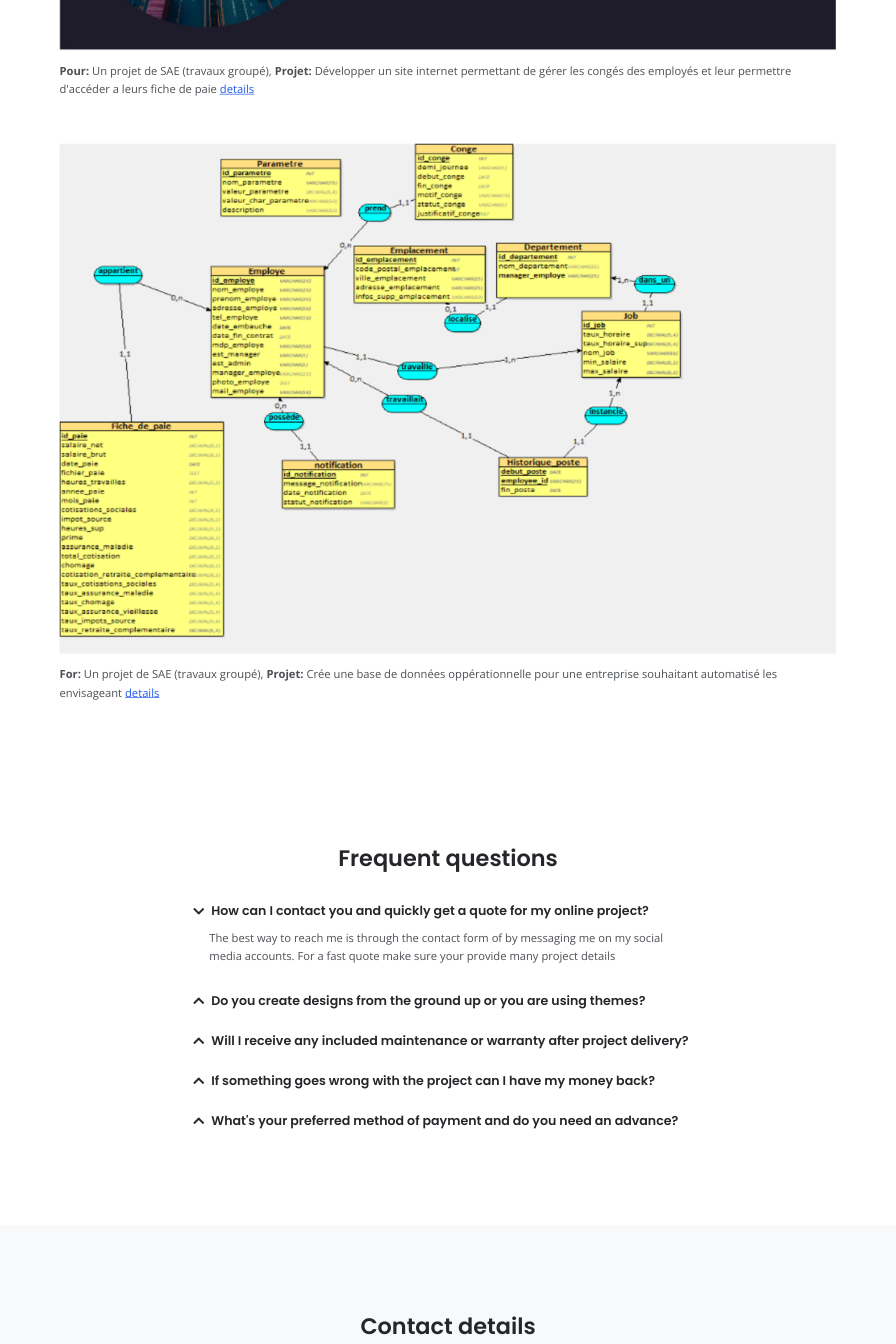
Repository: J2S80000/Portfolio
Page: index.html
These files come from the project's save history. The page is drawn as it stood at one moment and after the next save; the edit follows.
The browser window is 1280 px wide. The pictures show the part of the page from y = 4580 to 6500 px (the page is 7503 px tall before and 7477 px after), at 70% of full size.

Above is the page before, as saved 2025-05-05 17:39:50.

After the next save:
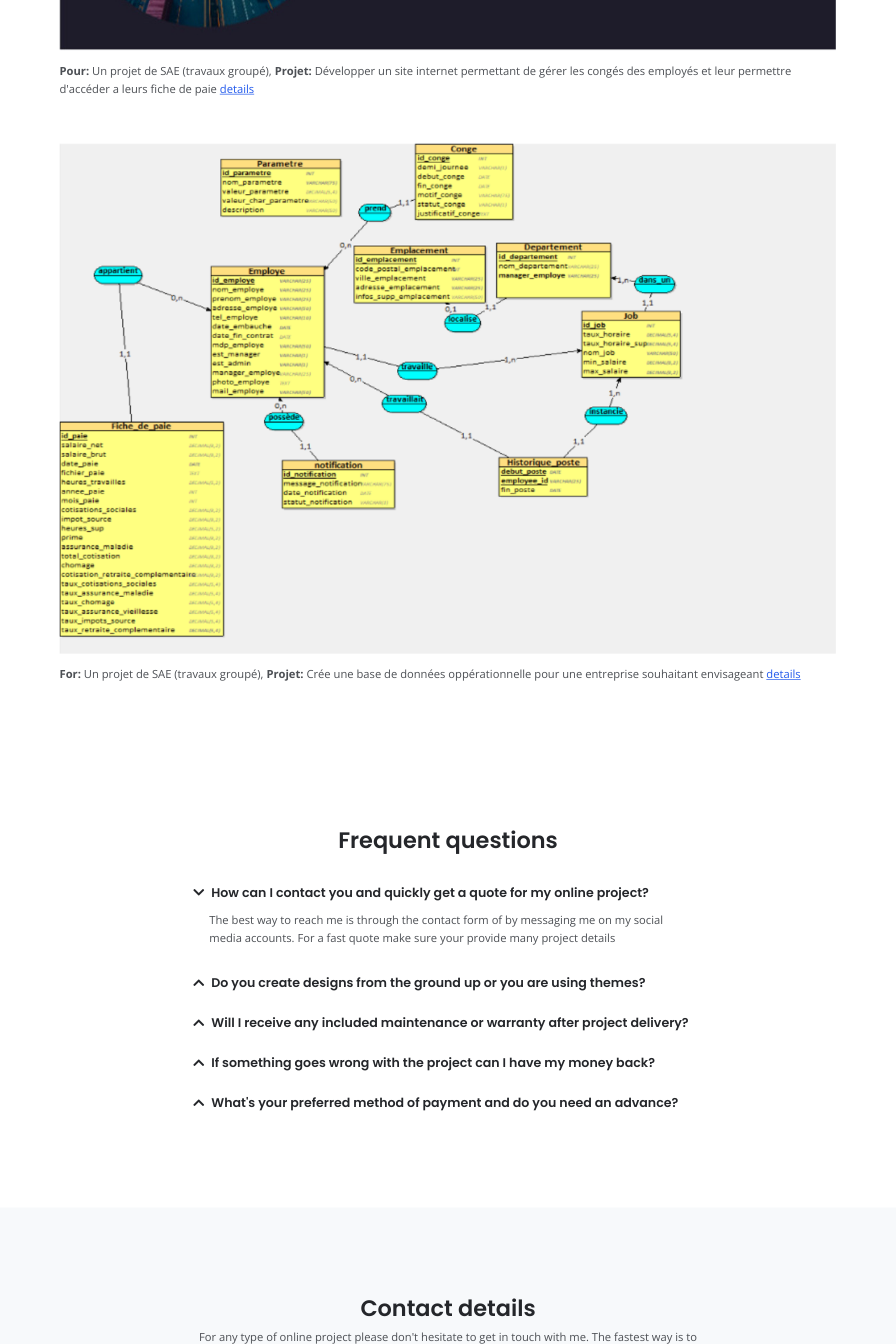
Saved 6 s later.
--- a/index.html
+++ b/index.html
@@ -252,7 +252,7 @@
                                 <img class="img-fluid" src="images/project-3.1.png" alt="alternative">
                             </a>
                         </div> <!-- end of image-container -->
-                        <p><strong>For:</strong> Un projet de SAE (travaux groupé), <strong>Projet:</strong> Crée une base de données oppérationnelle pour une entreprise souhaitant automatisé les  envisageant <a class="blue" href="project.html">details</a></p>
+                        <p><strong>For:</strong> Un projet de SAE (travaux groupé), <strong>Projet:</strong> Crée une base de données oppérationnelle pour une entreprise souhaitant envisageant <a class="blue" href="project.html">details</a></p>
                     </div> <!-- end of text-container -->
 
                 </div> <!-- end of col -->
